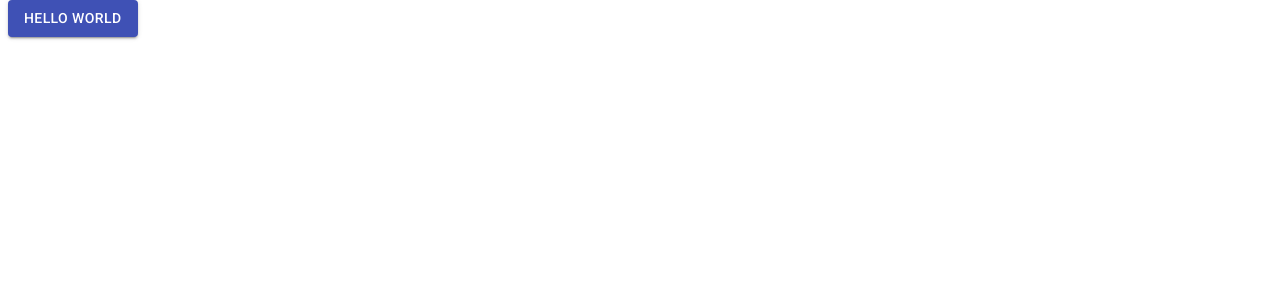
Repository: cherguiyacine/gitHubSearch
Page: /
These files come from the project's save history. The page is drawn as it stood at one moment and after the next save; the edit follows.
The browser window is 1280 px wide. The pictures show the whole page.
The project was rebuilt for these pictures with package versions that can differ from the ones it lists, and the page was loaded fresh each time. Also part of the build but not shown: src/Component/Layout/Navbar.js, src/Component/Users/UserItem.js, src/Component/Layout/Spinner.js, src/Component/Users/Users.js, src/Component/Users/Search.js, src/App.js.

Above is the page before, as saved 2019-11-21 23:03:57.

After the next save:
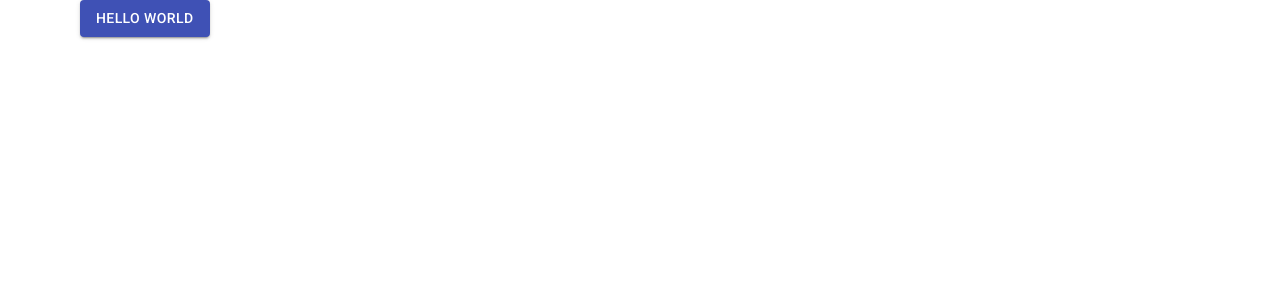
Saved 9 s later.
--- a/src/Authentification.js
+++ b/src/Authentification.js
@@ -5,7 +5,7 @@ import { Box } from "@material-ui/core";
 export class Authentification extends Component {
   render() {
     return (
-      <Box component='span' m={1}>
+      <Box component='span' m={10}>
         <Button variant='contained' color='primary'>
           Hello World
         </Button>
